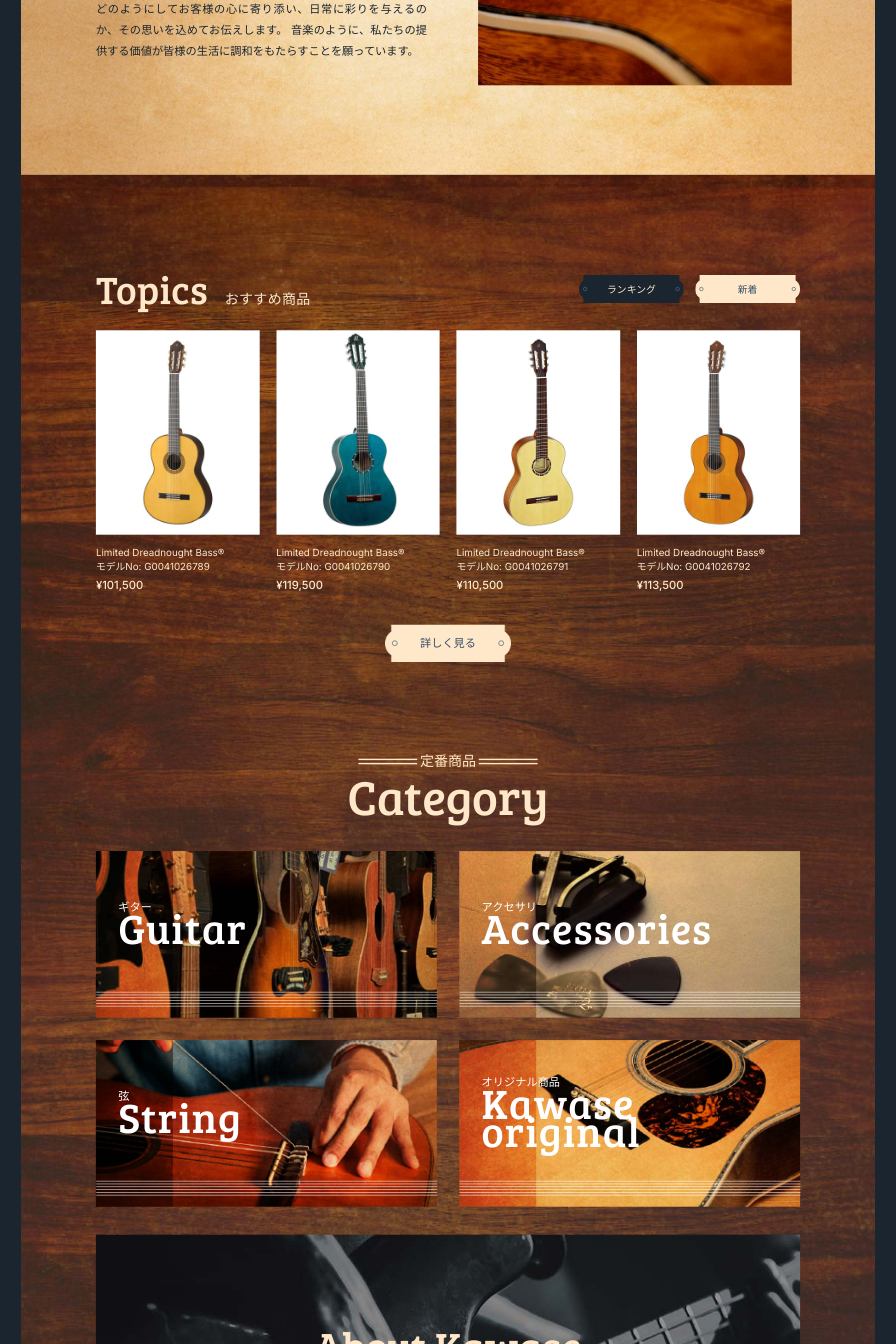
Repository: hyms035k/-----
Page: index.html
The author's editor kept a copy of each file at every save. The page is drawn from the files as they stood at one save, then again after the next save.
The browser window is 1280 px wide. The pictures show the part of the page from y = 1087 to 3007 px (the page is 4630 px tall before and 4662 px after), at 70% of full size.
Some web fonts or font styles are not loaded; a fallback is used. Some web libraries are served in a nearby version. The style sheet was rebuilt from its Sass, Less or Tailwind sources for each picture, by a compiler version that may differ from the author's.

Above is the page before, as saved 2025-06-05 18:55:59.

After the next save:
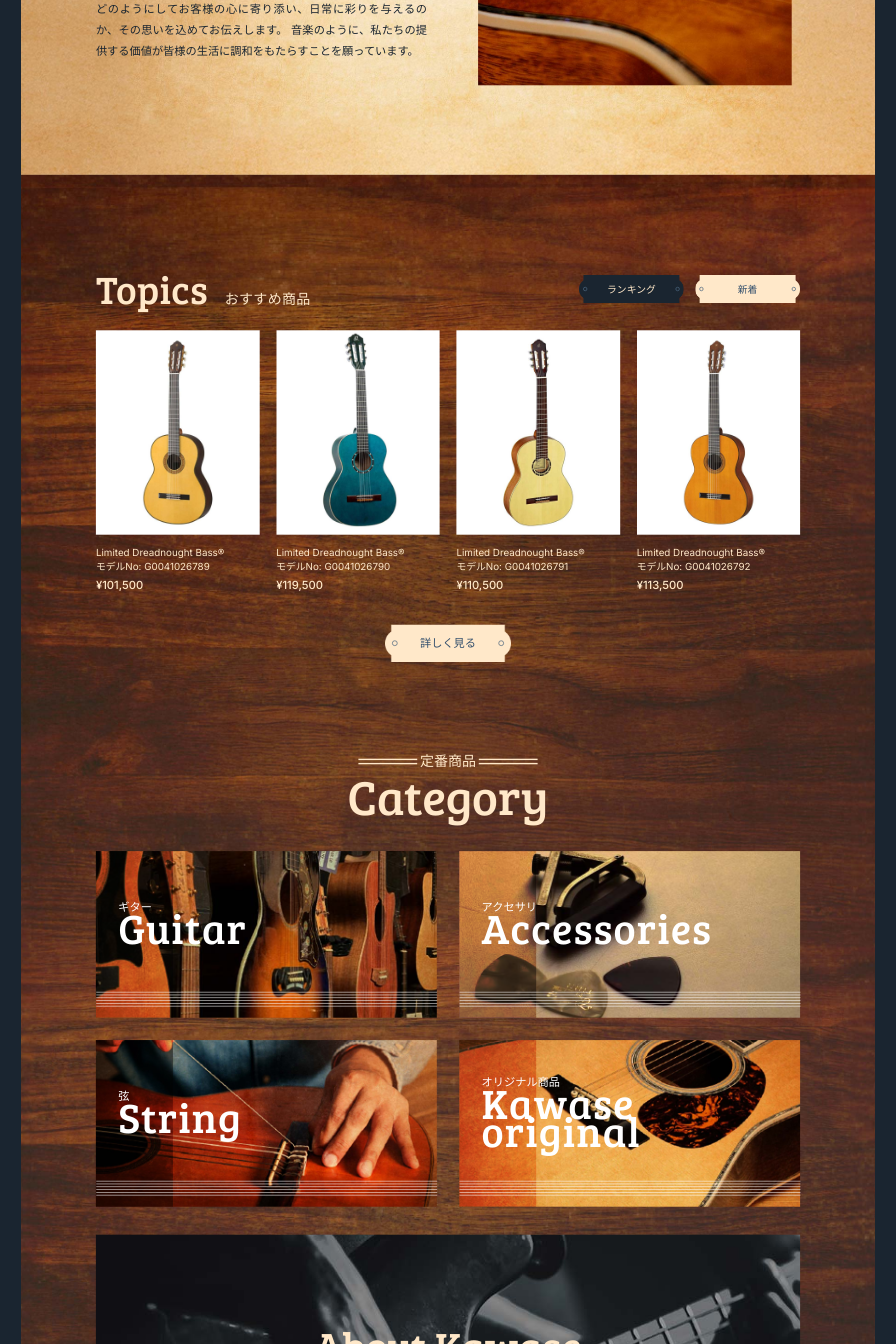
Saved 15 s later.
--- a/index.html
+++ b/index.html
@@ -357,7 +357,7 @@
                         </div>
                         <!-- ニュースアイテム -->
                         <ul>
-                            <li class="border-b border-[#ffe8c9] py-6">
+                            <li class="border-b border-[#ffe8c9] py-8">
                                 <div class="flex items-center gap-2 xl:gap-4">
                                     <div class="font-roboto text-sm whitespace-nowrap">2025.06.01</div>
                                     <a href="" class="inline-block text-sm text-[#1a2530] bg-[#ffe8c9] leading-none py-2 px-4">お知らせ</a>
@@ -366,7 +366,7 @@
                                     <span class="block truncate">ウェブサイトをリニューアルしました</span>
                                 </a>
                             </li>
-                            <li class="border-b border-[#ffe8c9] py-6">
+                            <li class="border-b border-[#ffe8c9] py-8">
                                 <div class="flex items-center gap-2 xl:gap-4">
                                     <div class="font-roboto text-sm whitespace-nowrap">2025.06.01</div>
                                     <a href="" class="inline-block text-sm text-[#1a2530] bg-[#ffe8c9] leading-none py-2 px-4">お知らせ</a>

After the save that followed:
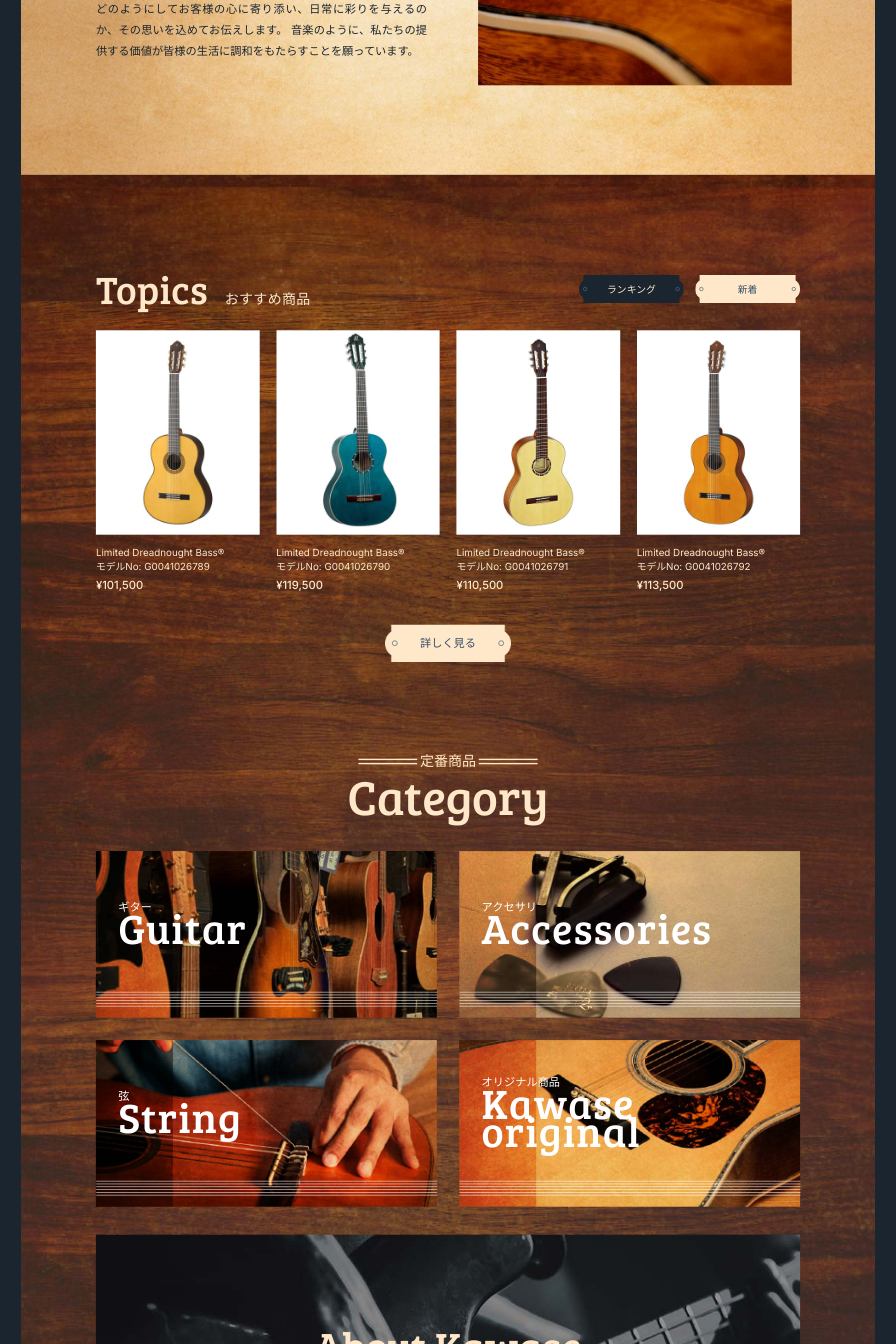
Saved 31 s later.
--- a/index.html
+++ b/index.html
@@ -362,7 +362,7 @@
                                     <div class="font-roboto text-sm whitespace-nowrap">2025.06.01</div>
                                     <a href="" class="inline-block text-sm text-[#1a2530] bg-[#ffe8c9] leading-none py-2 px-4">お知らせ</a>
                                 </div>
-                                <a href="" class="news-anchor flex items-center py-10">
+                                <a href="" class="news-anchor flex items-center py-6">
                                     <span class="block truncate">ウェブサイトをリニューアルしました</span>
                                 </a>
                             </li>
